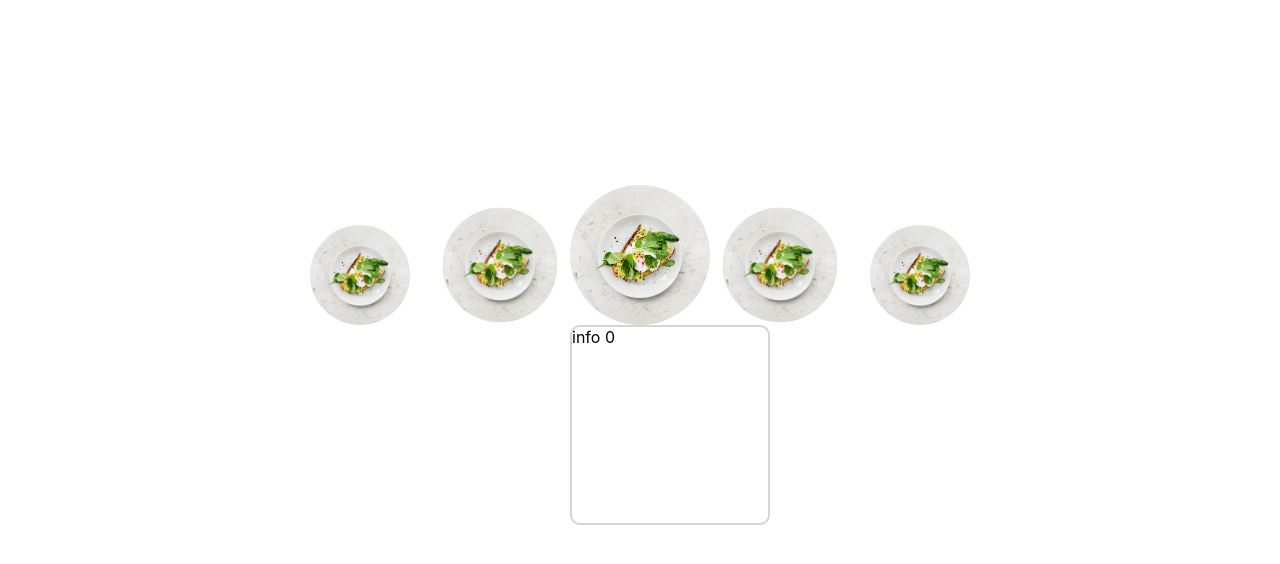
Repository: nambui98/slider
Page: /
An editor plug-in stored every save of this project. The page is shown before and after the next save, followed by the edit.
The browser window is 1280 px wide. The pictures show the whole page.
The project was rebuilt for these pictures with package versions that can differ from the ones it lists, and the page was loaded fresh each time. Also part of the build but not shown: vite.config.ts.

Above is the page before, as saved 2022-04-12 11:13:03.

After the next save:
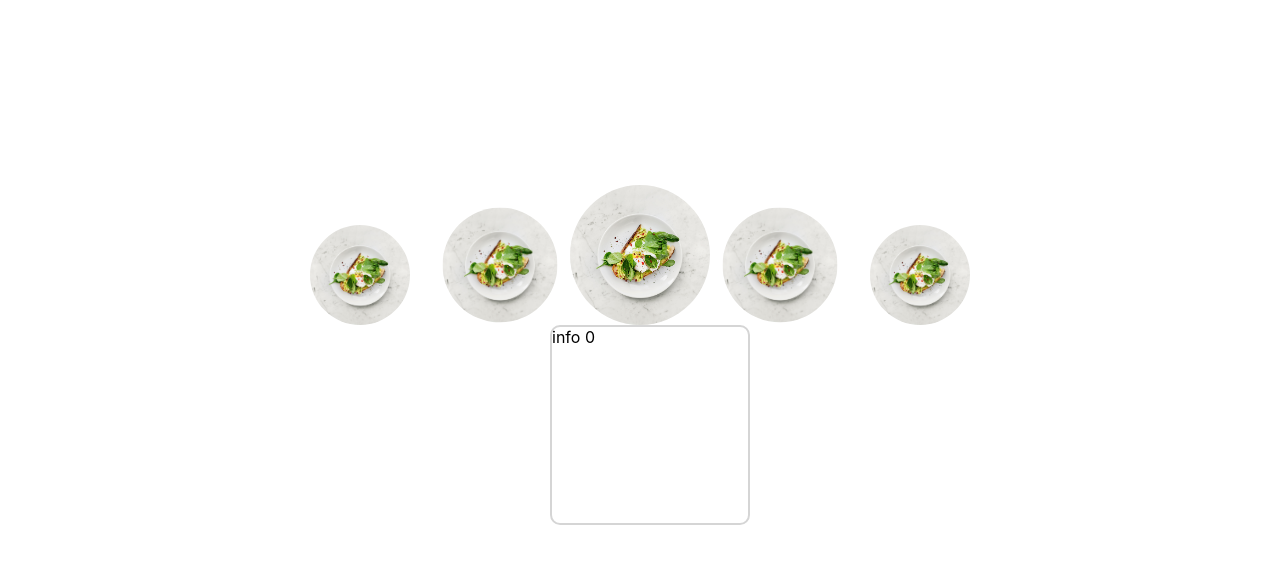
Saved 16 s later.
--- a/src/App.css
+++ b/src/App.css
@@ -11,6 +11,7 @@
   transition: transform 1000s;
   visibility: hidden;
   margin-top: 20px;
+  margin-left: -20px;
   /* transform: translateY(20px); */
 
 }
